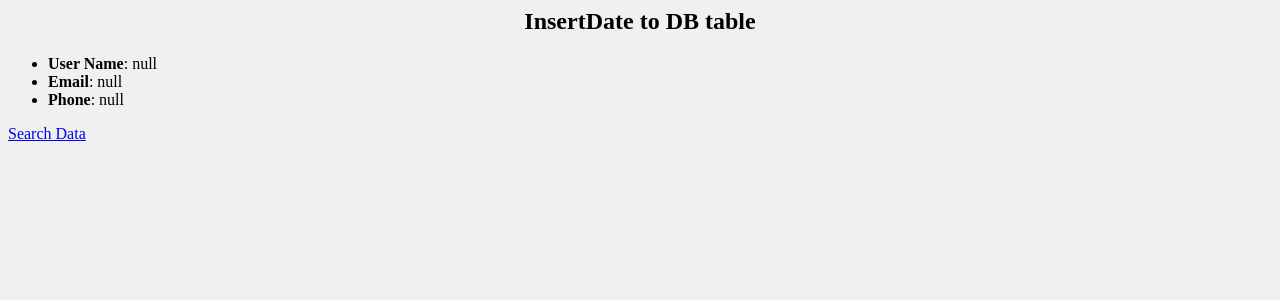
Repository: huappy/Tech-Exercise
Page: http://localhost/Tech_Exercise_Hausman/InsertTask
These files come from the project's save history. The page is drawn as it stood at one moment and after the next save; the edit follows.
The browser window is 1280 px wide. The pictures show the whole page.
The page is served by Tomcat 9.

Above is the page before, as saved 2023-03-22 23:30:27.

After the next save:
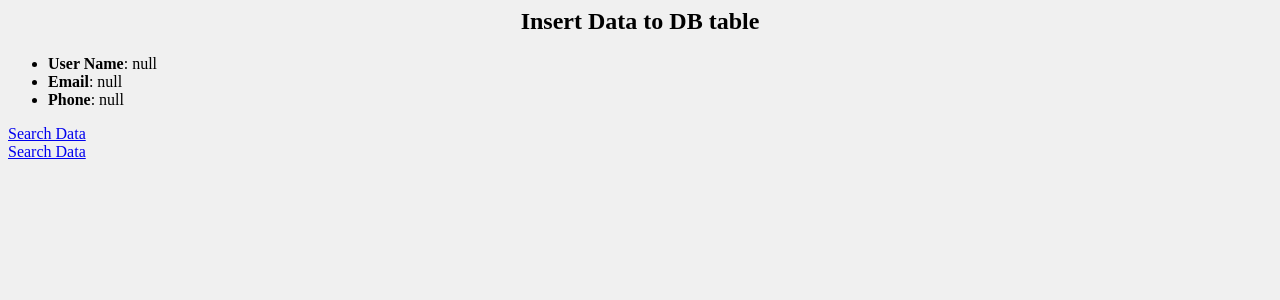
Saved 2 h 32 min later.
--- a/workspace4830-Tech_Exercise-Hausman/Tech_Exercise_Hausman/src/main/java/InsertTask.java
+++ b/workspace4830-Tech_Exercise-Hausman/Tech_Exercise_Hausman/src/main/java/InsertTask.java
@@ -69,7 +69,7 @@ public class InsertTask extends HttpServlet {
 		// Set response content type
 		response.setContentType("text/html");
 		PrintWriter out = response.getWriter();
-		String title = "InsertDate to DB table";
+		String title = "Insert Data to DB table";
 		String docType = "<!doctype html public \"-//w3c//dtd html 4.0 " + "transitional//en\">\n";
 		out.println(docType +
 				"<html>" +
@@ -85,7 +85,8 @@ public class InsertTask extends HttpServlet {
 
 			"</ul>\n");
 
-		out.println("<a href=/Tech_Exercise_Hausman/src/main/webapp/InsertTaskh.html>Search Data</a> <br>");
+		out.println("<a href=/Tech_Exercise_Hausman/src/main/webapp/InsertTask.html>Search Data</a> <br>");
+		out.println("<a href=/Tech_Exercise_Hausman/src/main/webapp/TaskDesplay.html>Search Data</a> <br>");
 		out.println("</body></html>");
 	}
 
